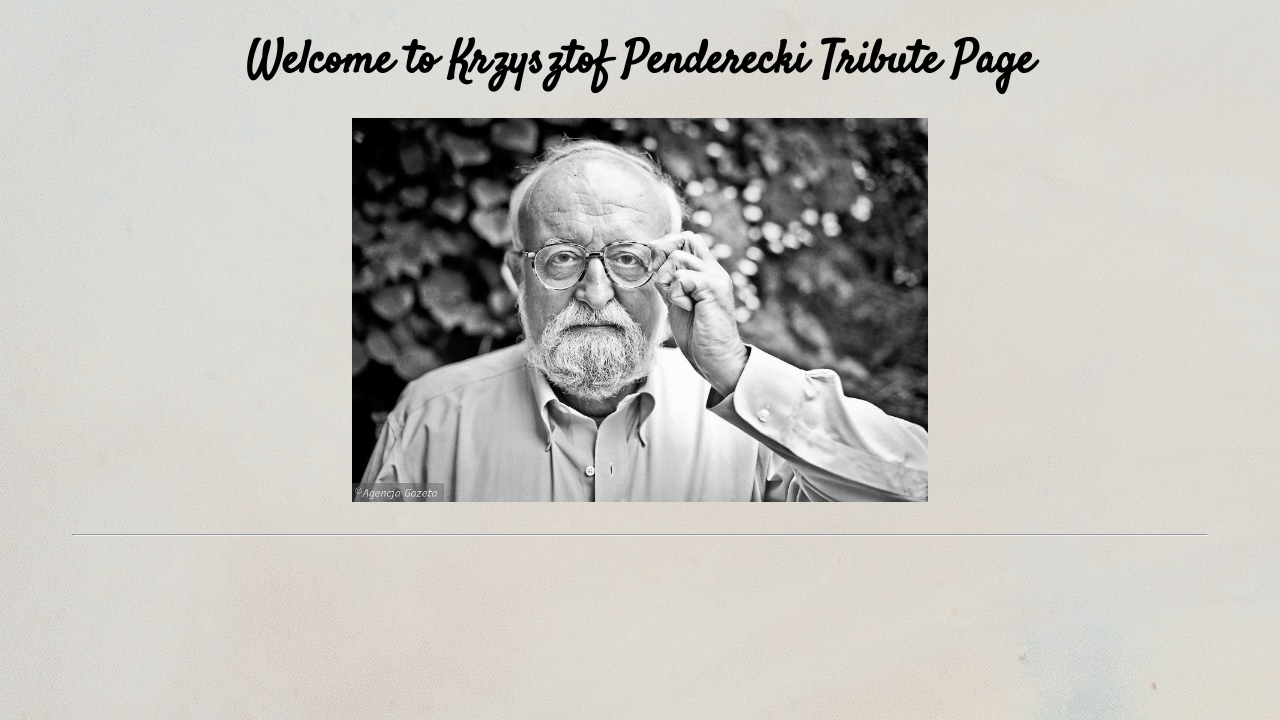
Repository: justynke/tribute_page
Page: index.html
These files come from the project's save history. The page is drawn as it stood at one moment and after the next save; the edit follows.
The browser window is 1280 px wide. The pictures show the whole page.

Above is the page before, as saved 2020-04-22 23:52:34.

After the next save:
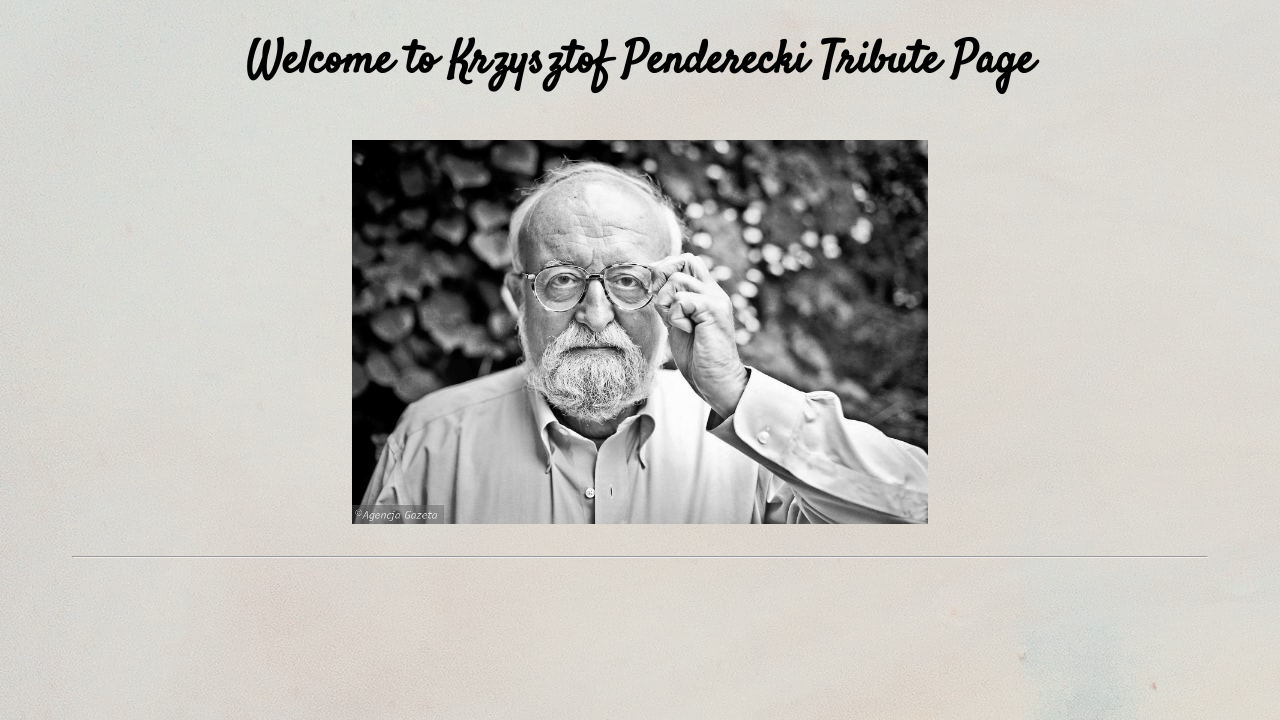
Saved 7 s later.
--- a/styles.css
+++ b/styles.css
@@ -6,7 +6,7 @@
     text-align: center;
     font-family: Satisfy;
     font-size: 45px;
-    margin-bottom: 0.5em;
+    margin-bottom: 1em;
 }
 
 #img-div {
